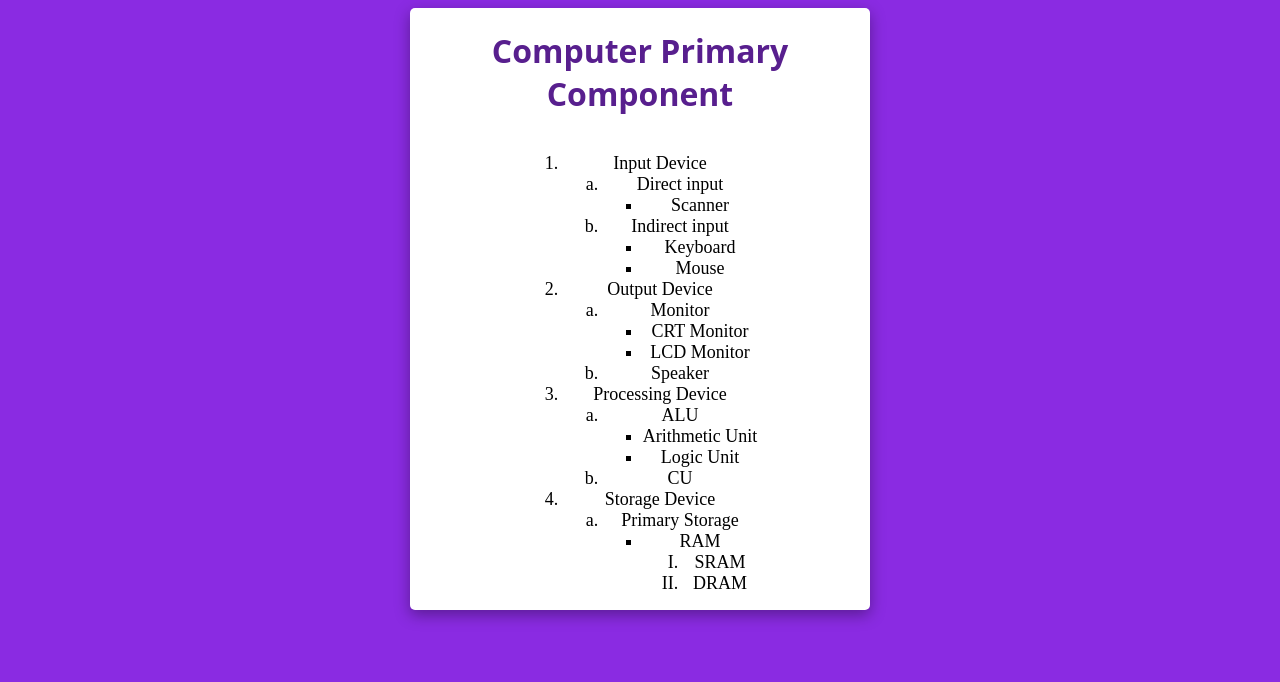
Repository: SharonSebastian32/Nested_List_in_html
Page: index.html
The author's editor kept a copy of each file at every save. The page is drawn from the files as they stood at one save, then again after the next save.
The browser window is 1280 px wide. The pictures show the whole page.

Above is the page before, as saved 2024-09-01 08:22:03.

After the next save:
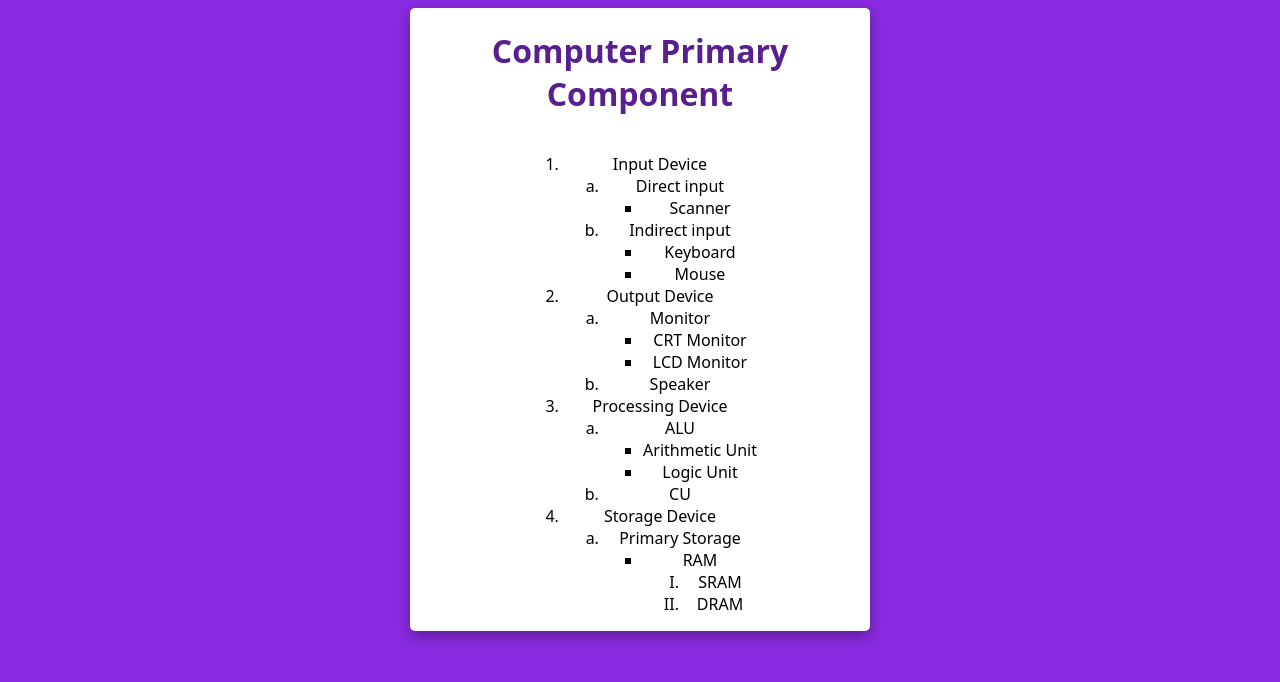
Saved 6 s later.
--- a/index.html
+++ b/index.html
@@ -7,13 +7,7 @@
     <link rel="stylesheet" href="./Styles/Styles.css" />
     <link href="https://unpkg.com/aos@2.3.1/dist/aos.css" rel="stylesheet" />
     <style>
-      li {
-        font-size: 18px;
-        font-family: "Times New Roman", Times, serif;
-      }
-      div:hover {
-        transform: scale(1.1);
-       }
+
     </style>
   </head>
   <body style="background-color: blueviolet">

After the save that followed:
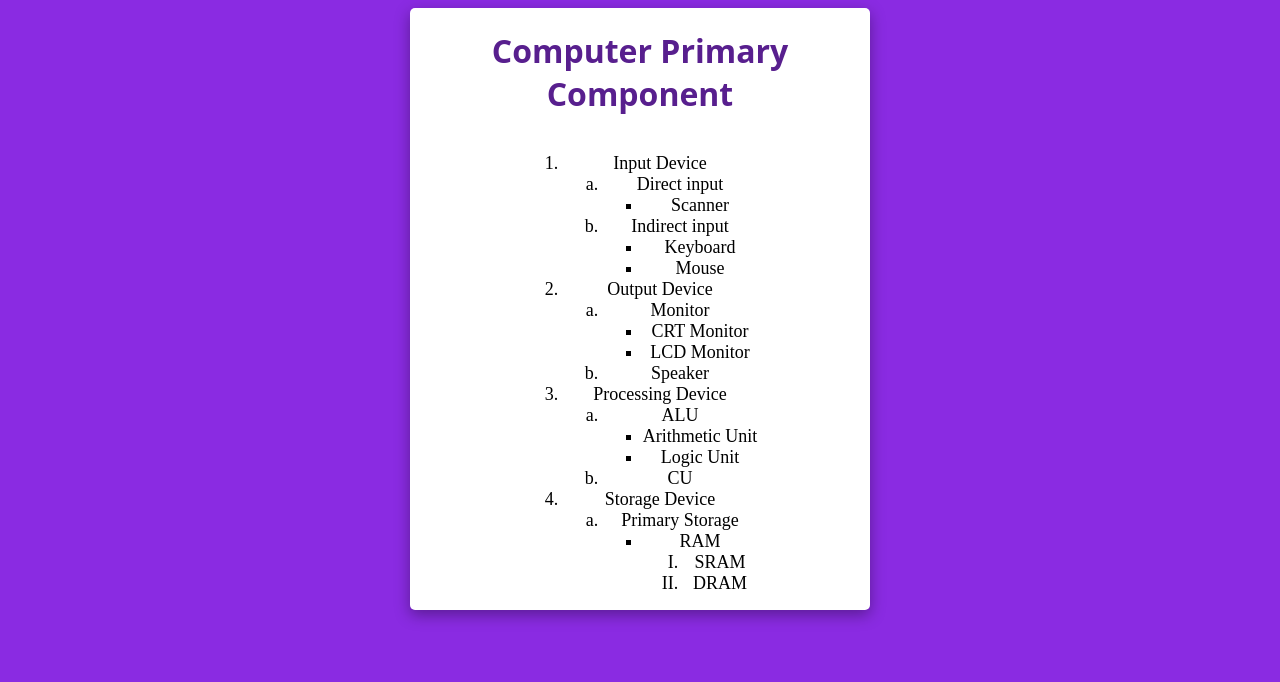
Saved 6 s later.
--- a/Styles/Styles.css
+++ b/Styles/Styles.css
@@ -18,3 +18,11 @@
 body{
     background-color:blueviolet;
 }
+   li {
+       font-size: 18px;
+       font-family: "Times New Roman", Times, serif;
+   }
+
+   div:hover {
+       transform: scale(1.1);
+   }
